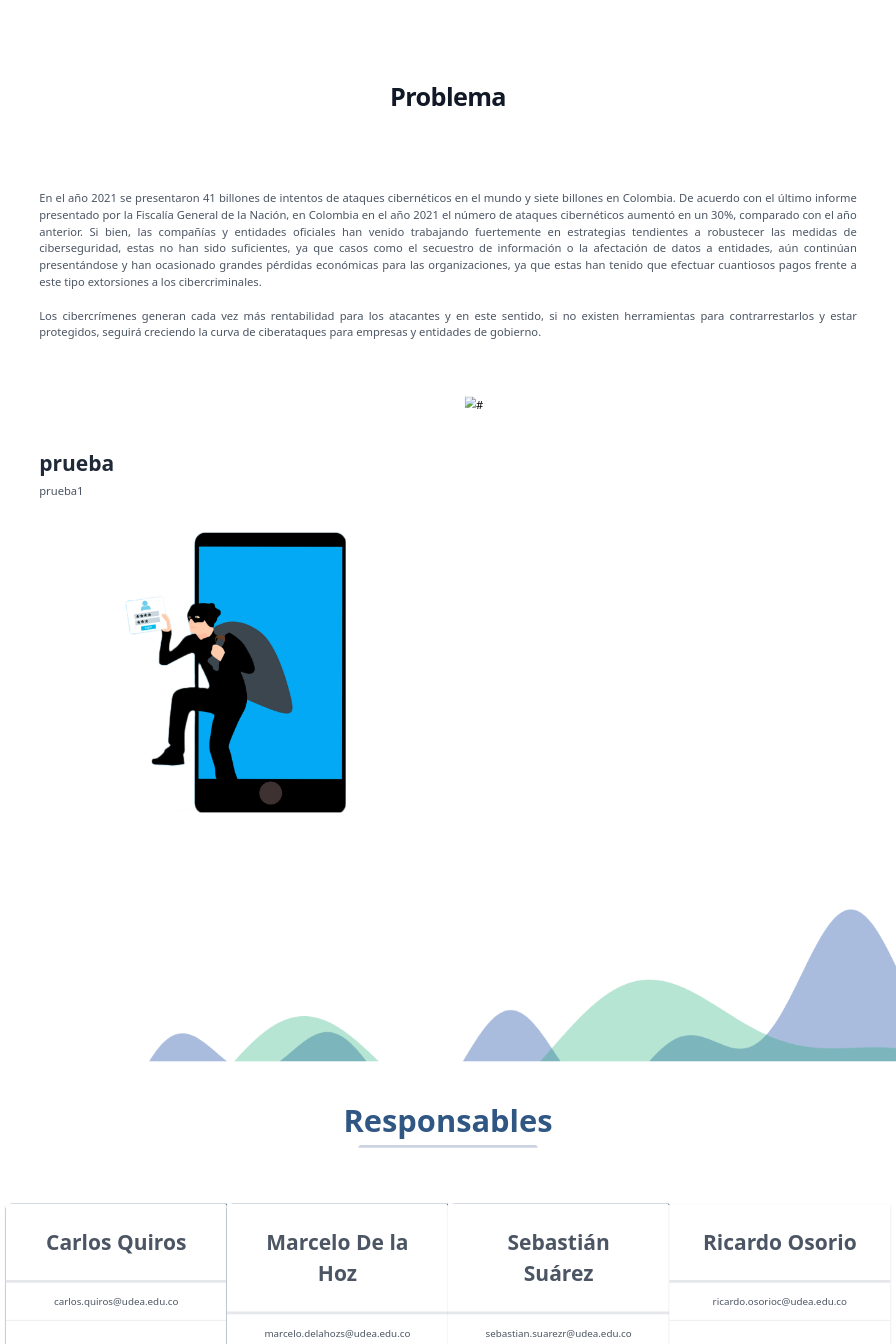
Repository: cardacar/fdi-2022
Page: /
The author's editor kept a copy of each file at every save. The page is drawn from the files as they stood at one save, then again after the next save.
The browser window is 1280 px wide. The pictures show the part of the page from y = 3841 to 5761 px (the page is 6272 px tall), at 70% of full size.
The project was rebuilt for these pictures with package versions that can differ from the ones it lists, and the page was loaded fresh each time. The framework's server and built-in components were replaced by stand-ins that run in the browser. Also part of the build but not shown: next.config.js.

Above is the page before, as saved 2022-08-07 16:36:25.

After the next save:
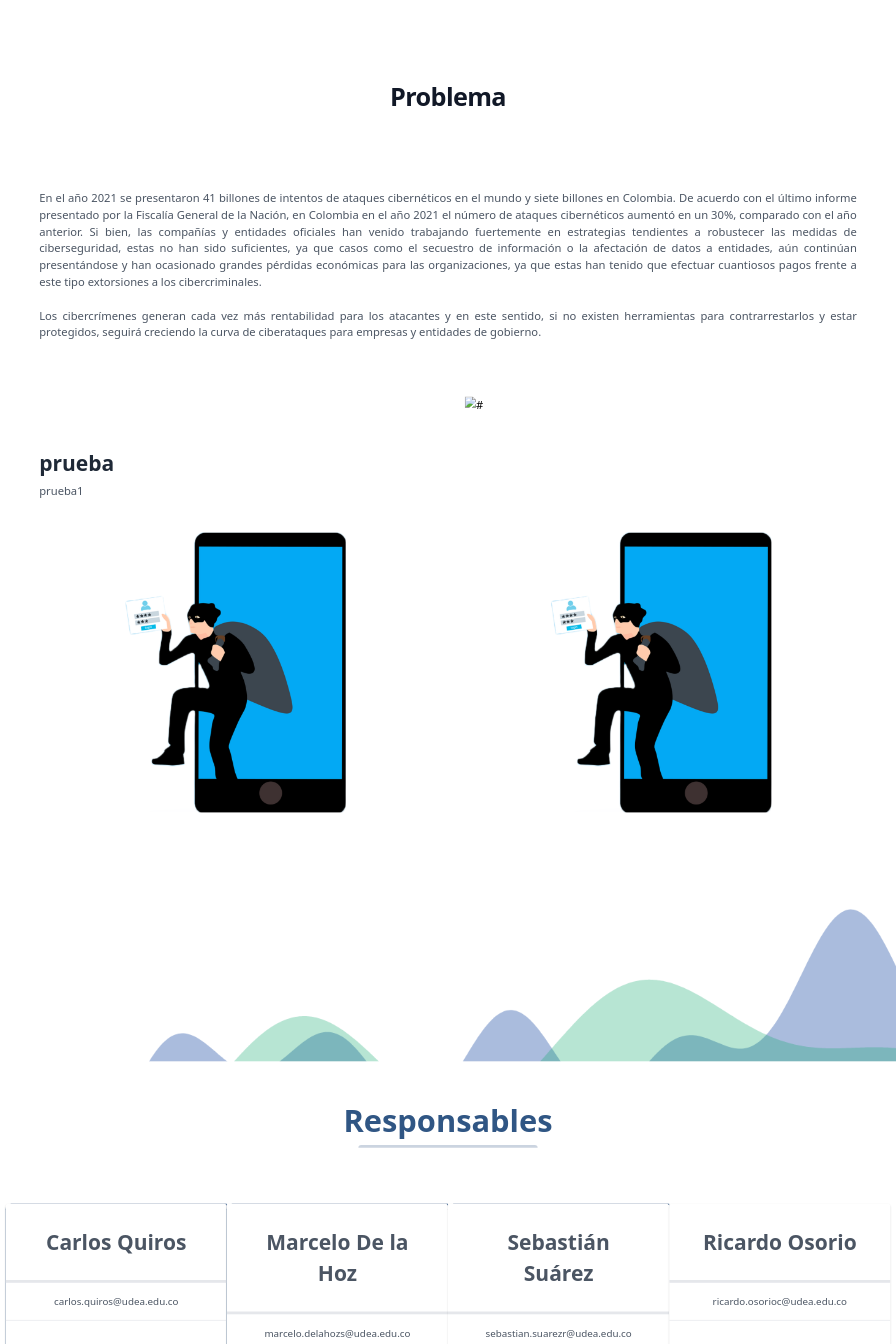
Saved 12 s later.
--- a/src/components/Problema.tsx
+++ b/src/components/Problema.tsx
@@ -61,6 +61,13 @@ const Problema = () => {
               alt="#"
             />
           </div>
+          <div className={`w-full sm:w-1/2 p-6`}>
+            <img
+              className="h-6/6"
+              src={`${config.product.items[0]?.img}`}
+              alt="#"
+            />
+          </div>
         </div>
       </div>
     </div>
